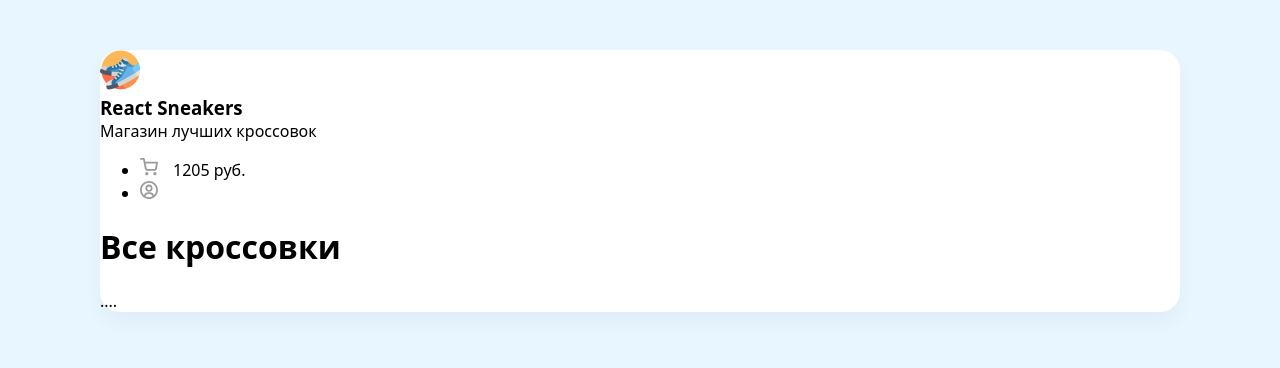
Repository: Insolent13/react-sneakers
Page: /
The author's editor kept a copy of each file at every save. The page is drawn from the files as they stood at one save, then again after a run of saves.
The browser window is 1280 px wide. The pictures show the whole page.
The project was rebuilt for these pictures with package versions that can differ from the ones it lists, and the page was loaded fresh each time.

Above is the page before, as saved 2024-07-07 23:22:01.

### src/index.js
import React from 'react';
import ReactDOM from 'react-dom/client';
import './index.scss';
import 'macro-css';
import App from './App';

const root = ReactDOM.createRoot(document.getElementById('root'));
root.render(
  <React.StrictMode>
    <App />
  </React.StrictMode>
);

### src/index.scss
body {
  margin: 0;
  font-family: system-ui;
  -webkit-font-smoothing: antialiased;
  -moz-osx-font-smoothing: grayscale;
  background-color: #e7f6ff;
}

.wrapper {
  background: #ffffff;
  box-shadow: 0px 10px 20px rgba(0, 0, 0, 0.04);
  border-radius: 20px;
  max-width: 1080px;
  margin: 50px auto;
}

header {
  img {
    margin-right: 15px;
  }

  h3,
  p {
    margin: 0;
  }
}

### src/App.js
function App() {
  return (
    <div className="wrapper clear">
      <header className="d-flex justify-between align-center p-40">
        <div className="d-flex align-center">
          <img width={40} height={40} src="/img/logo.png" alt=""></img>
          <div>
            <h3 className="text-uppercase">React Sneakers</h3>
            <p>Магазин лучших кроссовок</p>
          </div>
        </div>
        <ul className="d-flex">
          <li className="mr-30">
            <img width={18} height={18} src="/img/cart.svg" alt=""></img>
            <span>1205 руб.</span>
          </li>
          <li>
            <img width={18} height={18} src="/img/user.svg" alt=""></img>
          </li>
        </ul>
      </header>
      <div className="content">
        <h1>Все кроссовки</h1>
        ....
      </div>
    </div>
  );
}

export default App;

Loaded but not shown: public/index.html (common file)

After the next 5 saves:
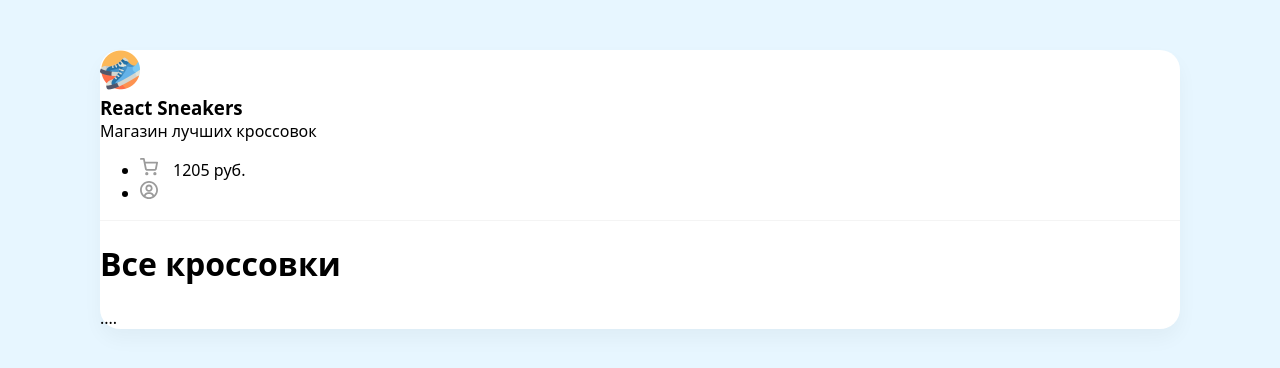
The 5 saves are shown as one change because 2 did not build or start and some came seconds apart.
The last was saved 109 s later.
--- a/src/index.scss
+++ b/src/index.scss
@@ -15,6 +15,7 @@
 }
 
 header {
+  border-bottom: 1px solid #f4f4f4;
   img {
     margin-right: 15px;
   }
